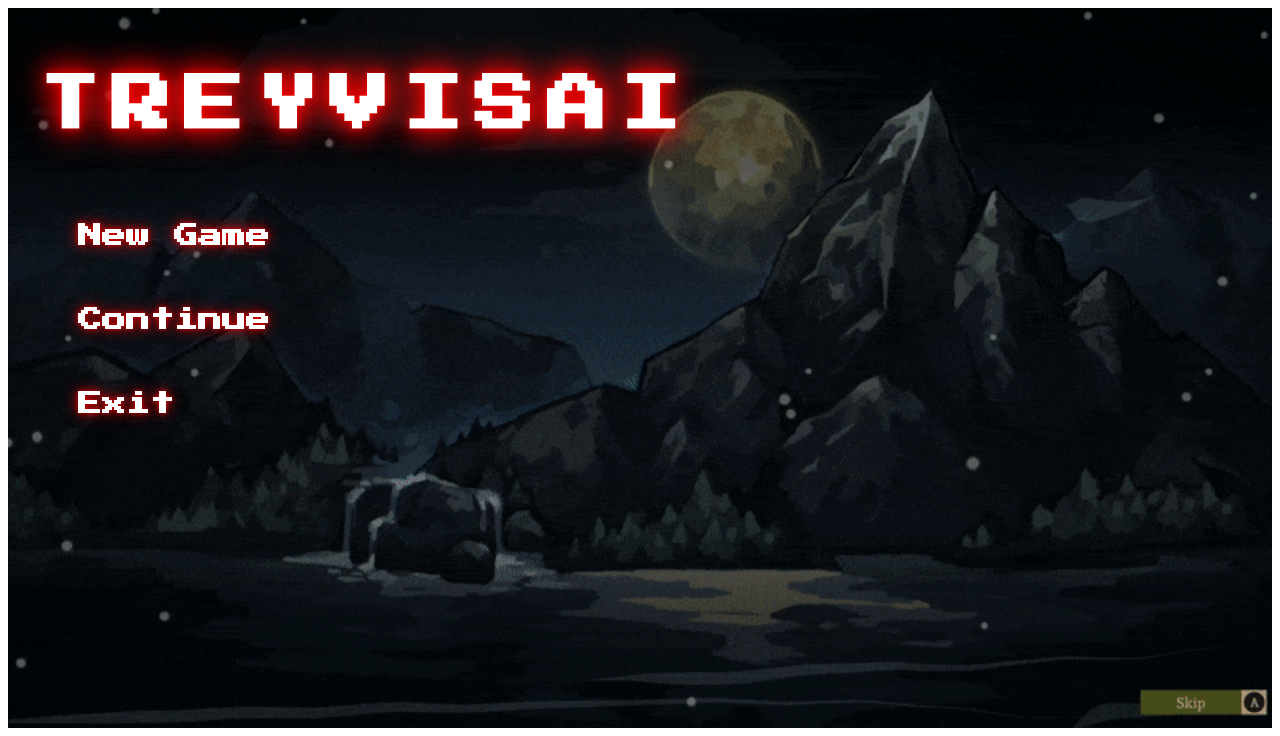
Repository: Arifindepayjr1/RPG_GAMES
Page: / (app in pixel2d_game/)
The author's editor kept a copy of each file at every save. The page is drawn from the files as they stood at one save, then again after the next save.
The browser window is 1280 px wide. The pictures show the whole page.
Backgrounds fixed to the window are drawn as part of the page. The project was rebuilt for these pictures with package versions that can differ from the ones it lists, and the page was loaded fresh each time. Also part of the build but not shown: pixel2d_game/vite.config.js, pixel2d_game/src/component/tilemap1.jsx, pixel2d_game/src/App.css.

Above is the page before, as saved 2025-03-18 16:33:36.

After the next save:
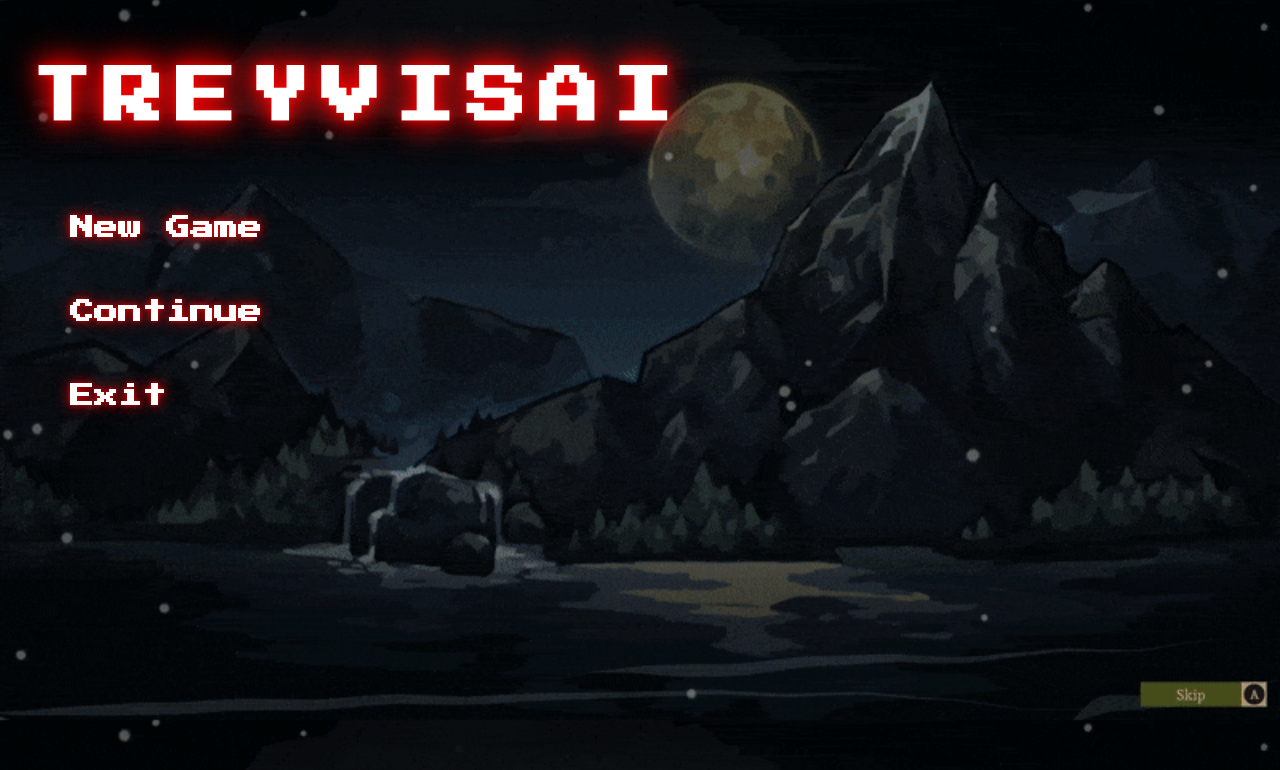
Saved 11 s later.
--- a/pixel2d_game/src/component/menustyle.css
+++ b/pixel2d_game/src/component/menustyle.css
@@ -1,13 +1,12 @@
 @import url('https://fonts.googleapis.com/css2?family=Press+Start+2P&display=swap');
 
-/* Apply background and base styles only to the menu */
-.main-menu {
+body {
     margin: 0px;
     padding: 0px;
     box-sizing: border-box;
     overflow: hidden;
     height: 100vh;
-    background-image: url("./asset/assets/Art.gif");
+    background-image: url("../../src/component/asset/assets/Art.gif");
     background-repeat: no-repeat;
     background-position: center center;
     background-attachment: fixed;
@@ -16,7 +15,7 @@
 }
 
 /* Title with intense red glowing shadow effect */
-#title, #newTitle {
+#title , #newTitle{
     color: white;
     font-size: 350%;
     letter-spacing: 0.2em;
